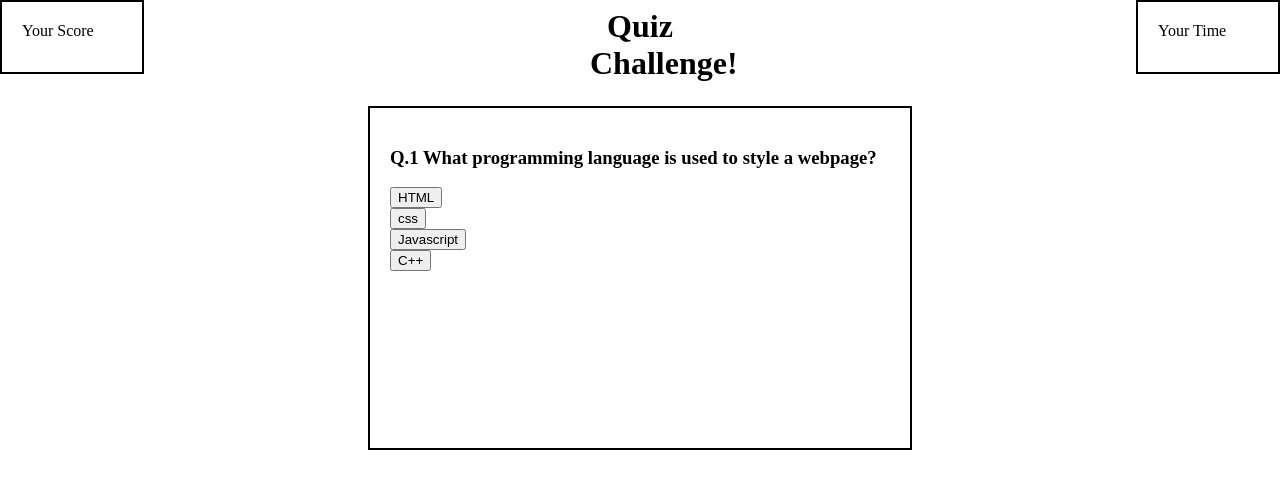
Repository: s88leigh/Quiz-Challenge
Page: index.html
The author's editor kept a copy of each file at every save. The page is drawn from the files as they stood at one save, then again after a run of saves.
The browser window is 1280 px wide. The pictures show the whole page.

Above is the page before, as saved 2019-10-19 20:58:42.

After the next 3 saves:
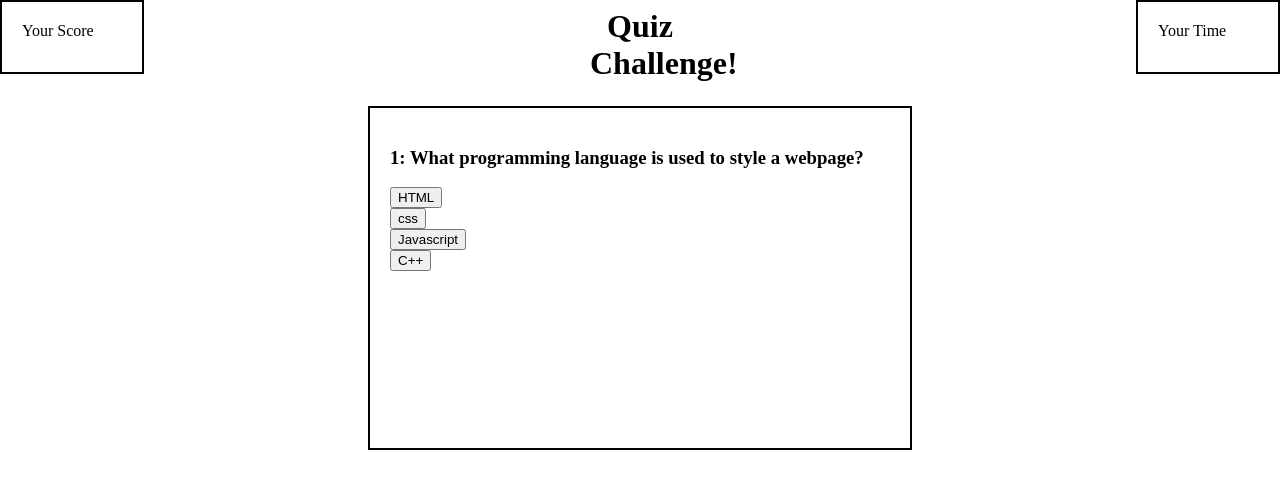
The 3 saves are shown as one change because they came seconds apart.
The last was saved 10 s later.
--- a/script.js
+++ b/script.js
@@ -7,7 +7,7 @@ var answersDiv = document.getElementById("answers");
 
 var questions = [
     {
-        questionText: "Q.1 What programming language is used to style a webpage?",
+        questionText: "1: What programming language is used to style a webpage?",
         choices: ["HTML", "css", "Javascript", "C++"],
         answer: "css"
     },
